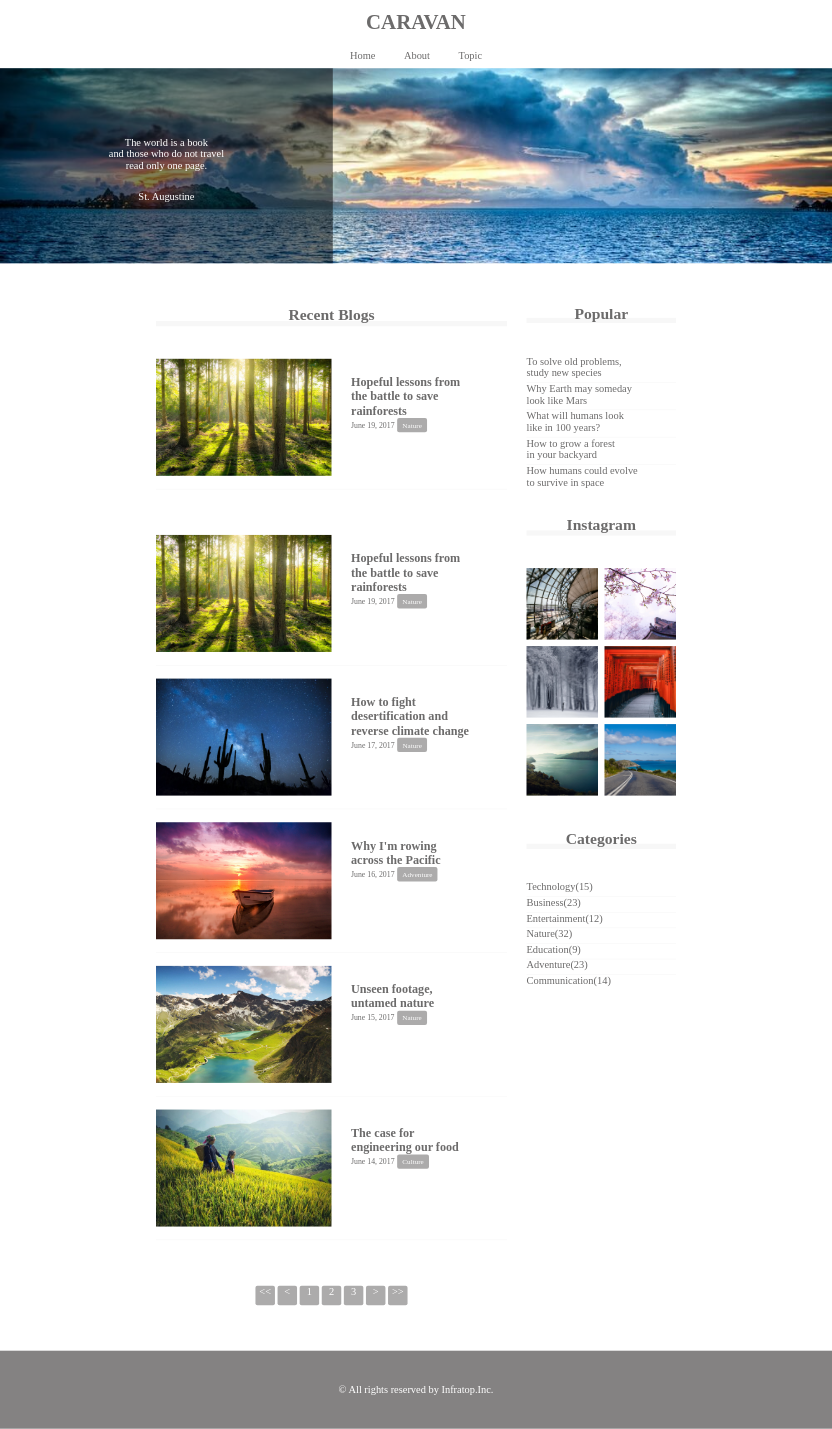
Repository: menyuu/test-html-CSS-practice
Page: caravan/index.html
The author's editor kept a record of every edit. The page is drawn from the files as they stood at one moment, then again after the next edit.
The browser window is 1280 px wide. The pictures show the whole page, at 65% of full size.

Above is the page before.

After the next edit:
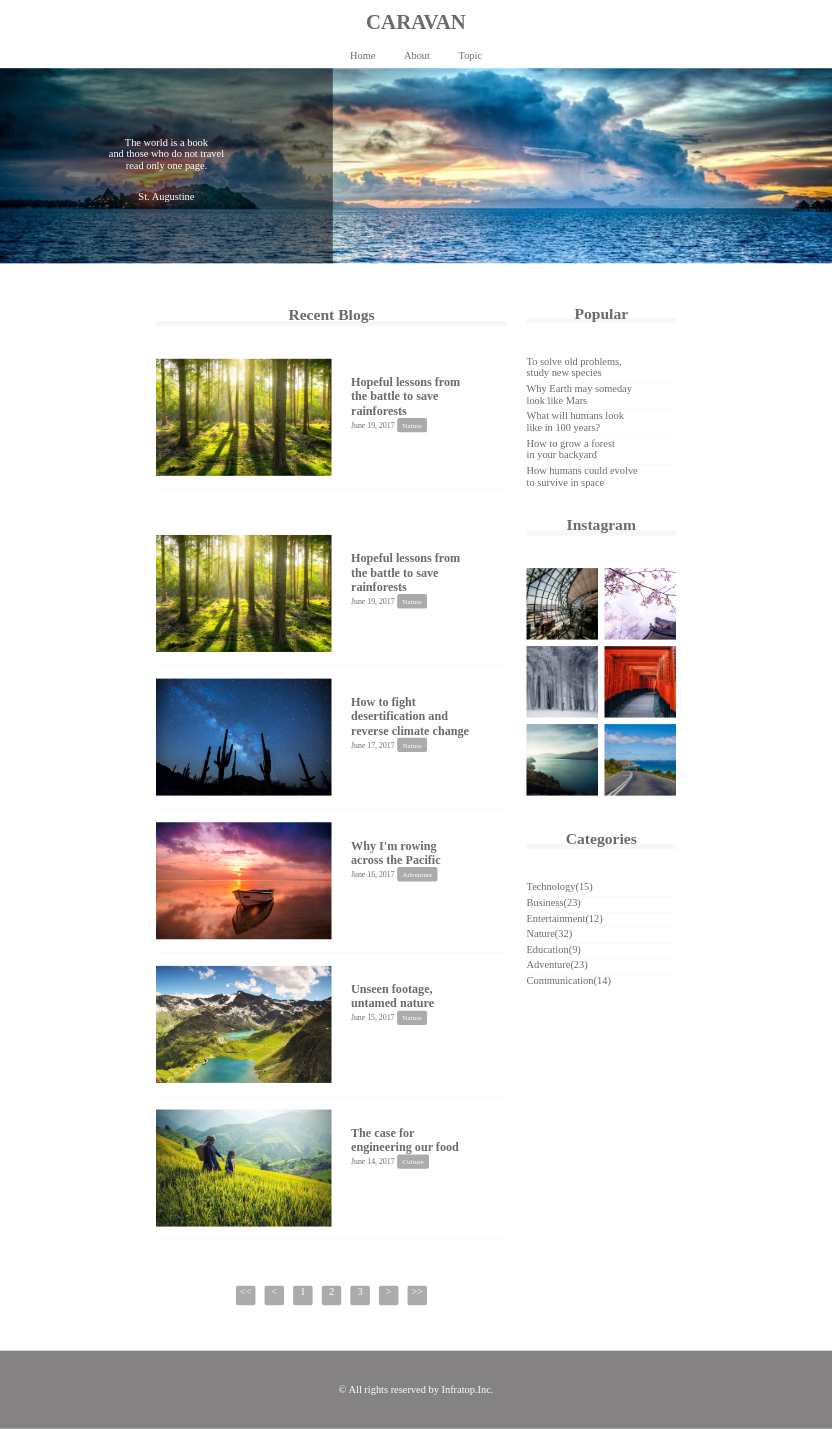
The edit:
--- a/caravan/style.css
+++ b/caravan/style.css
@@ -123,7 +123,7 @@
  display: inline-block;
  width: 30px;
  height: 30px;
- margin 0 5px;
+ margin: 0 5px;
  color: #fff;
  background-color: #acabab;
  border-radius: 3px;
